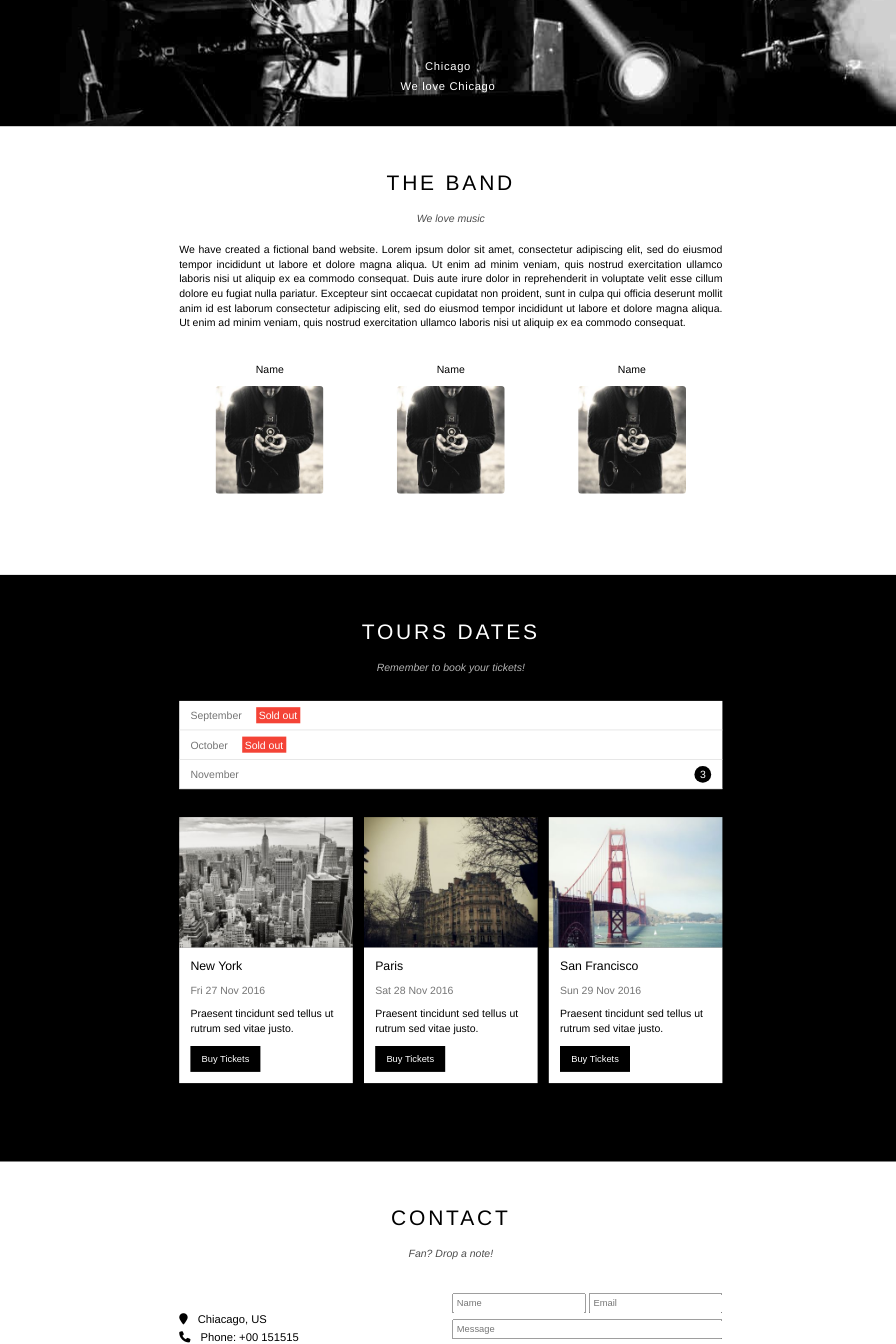
Repository: NguyenMinhChau/Theband
Page: index.html
The author's editor kept a copy of each file at every save. The page is drawn from the files as they stood at one save, then again after the next save.
The browser window is 1280 px wide. The pictures show the part of the page from y = 506 to 2426 px (the page is 3302 px tall before and 3321 px after), at 70% of full size.
Some web libraries are served in a nearby version.

Above is the page before, as saved 2021-10-24 09:00:43.

### index.html
<!DOCTYPE html>
<html lang="en">
<head>
    <meta charset="UTF-8">
    <meta http-equiv="X-UA-Compatible" content="IE=edge">
    <meta name="viewport" content="width=device-width, initial-scale=1.0">
    <title>THE BAND</title>
    <link rel="icon" href="https://www.w3schools.com/w3css/img_la.jpg"/>
    <script src="https://kit.fontawesome.com/a7b0f58175.js" crossorigin="anonymous"></script>
    <link rel="stylesheet" href="./assets/css/style.css">
    <link rel="stylesheet" href="./assets/css/responsive.css">
</head>
<body>
    <div id="main">
        <div id="header">
            <!-- Begin Navigation -->
            <ul id="nav">
                <li><a href="#">Home</a></li>
                <li><a href="#about">Band</a></li>
                <li><a href="#tour">Tour</a></li>
                <li><a href="#contact">Contact</a></li>
                <li><a href="#">More <i class="fas fa-caret-down"></i></a>
                    <ul class="subnav">
                        <li><a href="#">Merchandise</a></li>
                        <li><a href="#">Extras</a></li>
                        <li><a href="#">Media</a></li>
                    </ul>
                </li>
            </ul>
            <!-- End Navigation -->

            <!-- Begin Search -->
            <div class="icon-search">
                <a href="#"><i class="header-icon-search fas fa-search"></i></a>
            </div>
            <!-- End Search -->
        </div>

        <div id="slider">
            <div class="description">
                <h4>Chicago</h4>
                <p>We love Chicago</p>
            </div>
        </div>

        <div id="content">
            <!-- section: dành cho những phần dùng chung -->
            <!-- ABOUT SECTION -->
            <div id="about" class="content-section">
                <h2 class="section-heading">The Band</h2>
                <p class="section-subheading">We love music</p>
                <p class="about-text">We have created a fictional band website. Lorem ipsum dolor sit amet, consectetur adipiscing elit, sed do eiusmod tempor incididunt ut labore et dolore magna aliqua. Ut enim ad minim veniam, quis nostrud exercitation ullamco laboris nisi ut aliquip ex ea commodo consequat. Duis aute irure dolor in reprehenderit in voluptate velit esse cillum dolore eu fugiat nulla pariatur. Excepteur sint occaecat cupidatat non proident, sunt in culpa qui officia deserunt mollit anim id est laborum consectetur adipiscing elit, sed do eiusmod tempor incididunt ut labore et dolore magna aliqua. Ut enim ad minim veniam, quis nostrud exercitation ullamco laboris nisi ut aliquip ex ea commodo consequat.</p>
                <div class="members-list">
                    <div class="member-item col-3">
                        <p class="member-name">Name</p>
                        <img src="./assets/img/about_member01.jpg" alt="" class="member-avata">
                    </div>
                    <div class="member-item col-3">
                        <p class="member-name">Name</p>
                        <img src="./assets/img/about_member01.jpg" alt="" class="member-avata">
                    </div>
                    <div class="member-item col-3">
                        <p class="member-name">Name</p>
                        <img src="./assets/img/about_member01.jpg" alt="" class="member-avata">
                    </div>
                    <div class="clear"></div>
                </div>
            </div>

            <!-- TOUR SECTION -->
            <div id="tour" class="tour-section">
                <div class="content-section">
                    <h2 class="section-heading text-white">Tours Dates</h2>
                    <p class="section-subheading text-white">Remember to book your tickets!</p>
                    <ul class="tickets-list">
                        <li>September <span class="sold-out">Sold out</span></li>
                        <li>October <span class="sold-out">Sold out</span></li>
                        <li>November <span class="quantity">3</span></li>
                    </ul>
                    <div class="row places-list">
                        <div class="col col-3">
                            <img src="./assets/img/tour_place01.jpg" alt="New York" class="place-img">
                            <div class="place-body">
                                <h3 class="place-heading">New York</h3>
                                <p class="place-time">Fri 27 Nov 2016</p>
                                <p class="plave-desc">Praesent tincidunt sed tellus ut rutrum sed vitae justo.</p>
                                <button href="#" class="btn js-buy-ticket">Buy Tickets</button>
                            </div>
                        </div>
                        <div class="col col-3">
                            <img src="./assets/img/tour_place_02.jpg" alt="New York" class="place-img">
                            <div class="place-body">
                                <h3 class="place-heading">Paris</h3>
                                <p class="place-time">Sat 28 Nov 2016</p>
                                <p class="plave-desc">Praesent tincidunt sed tellus ut rutrum sed vitae justo.</p>
                                <button href="#" class="btn js-buy-ticket">Buy Tickets</button>
                            </div>
                        </div>
                        <div class="col col-3">
                            <img src="./assets/img/tour_place_03.jpg" alt="New York" class="place-img">
                            <div class="place-body">
                                <h3 class="place-heading">San Francisco</h3>
                                <p class="place-time">Sun 29 Nov 2016</p>
                                <p class="plave-desc">Praesent tincidunt sed tellus ut rutrum sed vitae justo.</p>
                                <button href="#" class="btn js-buy-ticket">Buy Tickets</button>
                            </div>
                        </div>
                        <div class="clear"></div>
                    </div>
                </div>
            </div>

            <!-- CONTACT SECTION -->
            <div id="contact" class="content-section">
                <h2 class="section-heading">Contact</h2>
                <p class="section-subheading">Fan? Drop a note!</p>
                <div class="contact-container">
                    <div class="infomation">
                        <p class="infomation-text">
                            <i class="fas fa-map-marker"></i>
                            Chiacago, US
                        </p>
                        <p class="infomation-text">
                            <i class="fas fa-phone"></i>
                            Phone: +00 151515
                        </p>
                        <p class="infomation-text">
                            <i class="fas fa-envelope-open-text"></i>
                            Email: mail@mail.com
                        </p>
                    </div>
                    <form class="input-infomation">
                        <div class="input-name-email">
                            <input type="text" class="intput-name" placeholder="Name" required>
                            <input type="email" class="intput-name" placeholder="Email" required>
                        </div>
                        <input type="text" class="ipnut-message" placeholder="Message" required>
                        <button class="btn pull-right">SEND</button>
                    </form>
                </div>
            </div>

            <!-- BEGIN MAP -->
            <div class="content-map-image"></div>
        </div>

        <div id="footer">
            <ul class="footer-social-list">
                <li class="social-item"><a href="#" class="social-link"><i class="fab fa-facebook-square"></i></a></li>
                <li class="social-item"><a href="#" class="social-link"><i class="fab fa-instagram-square"></i></a></li>
                <li class="social-item"><a href="#" class="social-link"><i class="fab fa-linkedin"></i></a></li>
                <li class="social-item"><a href="#" class="social-link"><i class="fab fa-youtube"></i></a></li>
                <li class="social-item"><a href="#" class="social-link"><i class="fab fa-twitter-square"></i></a></li>
            </ul>
            <p class="copyright">Powered by <a href="#">W3C</a></p>
        </div>
    </div>

    <!-- BEGIN MODEL -->
    <div class="modal">
        <div class="modal-container">
            <div class="modal-close">
                <i class="far fa-window-close"></i>
            </div>

            <header class="modal-header">
                <i class="fas fa-briefcase"></i> Tickets
            </header>

            <div class="modal-body">
                <div class="form-group">
                    <label for="money" class="modal-label">
                        <i class="fas fa-shopping-cart"></i>
                        Tickets, $15 per person
                    </label>
                    <input type="text" name="money" id="money" class="modal-input" placeholder="How many?">
                </div>

                <div class="form-group">
                    <label for="email" class="modal-label">
                        <i class="fas fa-user"></i>
                        Send To
                    </label>
                    <input type="email" name="email" id="email" class="modal-input" placeholder="Enter Email">
                </div>

                <button id="buy-tickets">
                    PAY <i class="fas fa-check"></i>
                </button>
            </div>

            <footer class="modal-footer">
                <p class="modal-help">Need
                    <a href="#">help?</a>
                </p>
            </footer>
        </div>
    </div>
    <!-- END MODAL -->
    <script src="assets/js/main.js"></script>
</body>
</html>

### assets/css/style.css
:root{
    --header-height: 46px;
}
*{
    box-sizing: border-box;
    margin: 0;
    padding: 0;
}

html{
    font-family: Helvetica, Arial, sans-serif;
}

/* BEGIN CSS COMMON */
.clear{
    clear: both;
}

.text-white{
    color: #fff !important;
}

.pull-right{
    float: right !important;
}

.row {
    margin: 0 -8px;
}

.col{
    float: left;
    padding: 0 8px;
}

.col-3{
    width: calc(100% / 3);
}

.btn{
    text-decoration: none;
    background-color: #000;
    color: #fff;
    padding: 11px 16px;
    /* Khắc phục tình trạng button che thẻ description */
    display: inline-block;
    margin-top: 15px;
    border: none;
}

.btn:hover{
    background-color: #ccc;
    color: #000;
    cursor: pointer;
}
/* END CSS COMMON */

/* BEGIN CSS HEADER */
#header{
    height: var(--header-height);
    background-color: #000;
    position: fixed;
    top: 0;
    left: 0;
    right: 0;
}

#nav{
    display: inline-block;
}

#nav,
#subnav{
    list-style-type: none;
}

#nav li{
    display: inline-block;
    position: relative;
}

#nav > li > a{
    color: #fff;
    text-transform: uppercase;
}

#nav li a {
    text-decoration: none;
    line-height: var(--header-height);
    padding: 0 24px;

    display: block;
}

#nav > li:hover > a,
#nav .subnav li:hover a {
    color: #000;
    background-color: #ccc;
}

#nav > li:hover .subnav{
    display: block;
}

#nav .subnav{
    display: none;
    position: absolute;
    background-color: #fff;
    box-shadow: 0 0 10px rgba(0,0,0,0.3);
    color: #000;
    top: 100%;
    left: 0;
}

#nav .subnav li a{
    color: #000;
    padding: 0 12px;
    line-height: 38px;
    min-width: 160px;
}

#nav .subnav li{
    display: block;
}

#header .icon-search{
    /* position: absolute;
    top: 0;
    right: 0; */
    float: right;
    line-height: var(--header-height);
    padding: 0 20px;
}

#header .icon-search a{
    text-decoration: none;
}

#header .icon-search:hover{
    background-color: rgb(255, 39, 39);
    cursor: pointer;
}

#header .icon-search .header-icon-search{
    color: #fff;
}
/* END CSS HEADER */


/* BEGIN CSS SLIDER */
#slider{
    position: relative;
    margin-top: var(--header-height);
    /* Kỹ thuật tạo ảnh không bị méo khi thay đổi kích thước */
    padding-top: 50%; /* % là theo chiều ngang của chính nó*/

    /* Khi dùng padding như trên -> ta dùng bg-image để tạo ảnh vì có thể đổ ảnh từ padding */
    background: url('../img/slider_band_chicago.jpg') no-repeat center / cover;
    z-index: -1;
}

#slider .description{
    position: absolute;
    bottom: 0;
    left: 50%;
    transform: translateX(-50%);

    color: #fff;
    text-align: center;
    margin-bottom: 48px;
    letter-spacing: 1px;
}

#slider .description h4,
#slider .description p{
    text-shadow: 0 0 10 rgba(0,0,0,0.5);
}

#slider .description h4{
    font-weight: 540;
    padding: 10px 0;
}
/* END CSS SLIDER */

/* BEGIN CSS CONTENT */
/* CSS ABOUT */
#content .content-section{
    width: 800px;
    max-width: 100%;
    margin: auto;
    padding: 64px 0 112px;
    padding-left: 16px;
    padding-right: 8px;
}

#content .section-heading,
#content .section-subheading{
    text-align: center;
}

#content .section-heading{
    font-size: 30px;
    font-weight: 500;
    text-transform: uppercase;
    letter-spacing: 4px;
}

#content .section-subheading{
    font-size: 15px;
    font-style: italic;
    margin: 25px 0;
    opacity: 0.7;
}

#content .about-text{
    text-align: justify;
    font-size: 15px;
    line-height: 1.4;
}

#content .members-list{
    margin-top: 48px;
}

#content .member-item{
    float: left;
    text-align: center;
}

#content .member-name{
    font-size: 15px;
}

#content .member-avata{
    margin-top: 15px;
    width: 154px;
    border-radius: 5px;
}

/* CSS TOUR */
#content .tour-section{
    background-color: #000;
}

#content .tickets-list{
    background-color: #fff;
    margin: 40px 0;
    list-style: none;
}

#content .tickets-list li{
    font-size: 15px;
    padding: 12px 16px;
    border-bottom: 1px solid #ddd;
    color: #757575;
}

#content .tickets-list .sold-out{
    background-color: #f44336;
    color: #fff;
    padding: 3px 4px;
    margin-left: 16px;
}

#content .tickets-list .quantity{
    float: right;
    background-color: #000;
    border-radius: 50%;
    width: 24px;
    height: 24px;
    color: #fff;
    text-align: center;
    line-height: 24px;
    margin-top: -3px;
}

#content .place-img{
    width: 100%;
    display: block;
}

#content .place-img:hover{
    opacity: 0.7;
}

#content .place-body{
    background-color: #fff;
    padding: 16px;
    font-size: 15px;
}

#content .place-heading{
    font-weight: 550;
}

#content .place-time{
    margin: 15px 0;
    color: #757575;
}

#content .plave-desc{
    line-height: 1.4;
}

/* CSS CONTACT */
#content .contact-container{
    display: flex;
    flex-direction: row;
    justify-content: space-between;
    align-items: center;
    margin-top: 48px;
}

#content .infomation-text{
    font-size: 16px;
    line-height: 1.6;
}

#content .infomation-text i {
    margin-right: 10px;
}

#content .input-name-email,
#content .ipnut-message{
    margin-bottom: 8px;
}

#content .intput-name,
#content .ipnut-message{
    padding: 5px 5px;
    outline: none;
}

#content .ipnut-message{
    width: 100%;
}

#content .content-map-image{
    height: 600px;
    background: url('../img/img-footer.jpg') no-repeat center / 100% 100%;
}
/* END CSS CONTENT */

/* BEGIN CSS FOOTER */
#footer{
    text-align: center;
    margin-bottom: 20px;
}

#footer .footer-social-list{
    list-style: none;
    margin-top: 32px;
    margin-bottom: 16px;
}

#footer .footer-social-list li{
    display: inline-block;
}

#footer .footer-social-list li a{
    color: rgb(185, 185, 185);
    padding: 0 10px;
}

#footer .footer-social-list li a i{
    font-size: 25px;
}

#footer .copyright a{
    text-decoration: none;
}
/* END CSS FOOTER */

/* BEGIN CSS MODAL */
.modal{
    position: fixed;
    top: 0;
    bottom: 0;
    right: 0;
    left: 0;
    background: rgba(0,0,0,0.3);
    align-items: center;
    justify-content: center;
    display: none;
}

.modal.open{
    display: flex;
}

.modal-container{
    position: relative;
    background-color: #fff;
    width: 900px;
    max-width: calc(100% - 30px);
    min-height: 200px;
    animation: modalFaceIn linear .5s;
}

@keyframes modalFaceIn{
    from {
        transform: translateY(-100%);
        opacity: 0;
    }
    to {
        transform: translateY(0);
        opacity: 1;
    }
}

.modal-close{
    position: absolute;
    top: 0;
    right: 0;
    color: #fff;
    padding: 12px;
}

.modal-close:hover{
    background-color: #ddd;
    color: #000;
    cursor: pointer;
}

.modal-header{
    height: 130px;
    background: #009688;
    text-align: center;
    line-height:130px;
    color: #fff;
    font-size: 30px;
}

.modal-body{
    padding: 16px;
}

.modal-label{
    display: block;
    font-size: 15px;
}

.modal-input{
    margin: 8px 0 18px 0;
    width: 100%;
    padding: 6px 5px;
    outline: none;
    border-color: #ccc;
    font-size: 15px;
}

#buy-tickets{
    width: 100%;
    background: #009688;
    border: none;
    color: #fff;
    text-transform: uppercase;
    padding: 12px;
}

#buy-tickets:hover{
    cursor: pointer;
    opacity: 0.9;
}

.modal-footer{
    padding: 12px;
    float: right;
}

.modal-help a{
    text-decoration: none;
    color: #009688;
}
/* END CSS MODAL */

### assets/css/responsive.css
/*
PC: >= 1024px (64em)
Tablet: >= 740px & < 1024px (>= 46.25em & < 63.9375em)
Mobile: < 740px (< 46.25em)
 */

@media (min-width: 64em) {

}

@media (min-width: 46.25em) and (max-width: 63.9375em) {

}

@media (max-width: 46.25em) {

}

### assets/js/main.js
const $ = document.querySelector.bind(document)
const $$ = document.querySelectorAll.bind(document)

const btnTickets = $$('.js-buy-ticket');
const modal = $('.modal');
const modalContainer = $('.modal-container');
const modalClose = $('.modal-close');

for (const btnTicket of btnTickets) {
    btnTicket.addEventListener('click',function(e){
        modal.classList.add('open');
    })
}
modalClose.addEventListener('click',function(e){
    modal.classList.remove('open');
})

// Phải xác định sẽ không nổi bọt tới đâu
modal.addEventListener('click',function(e){
    modal.classList.remove('open');
})
modalContainer.addEventListener('click',function(e){
    e.stopPropagation();
})

After the next save:
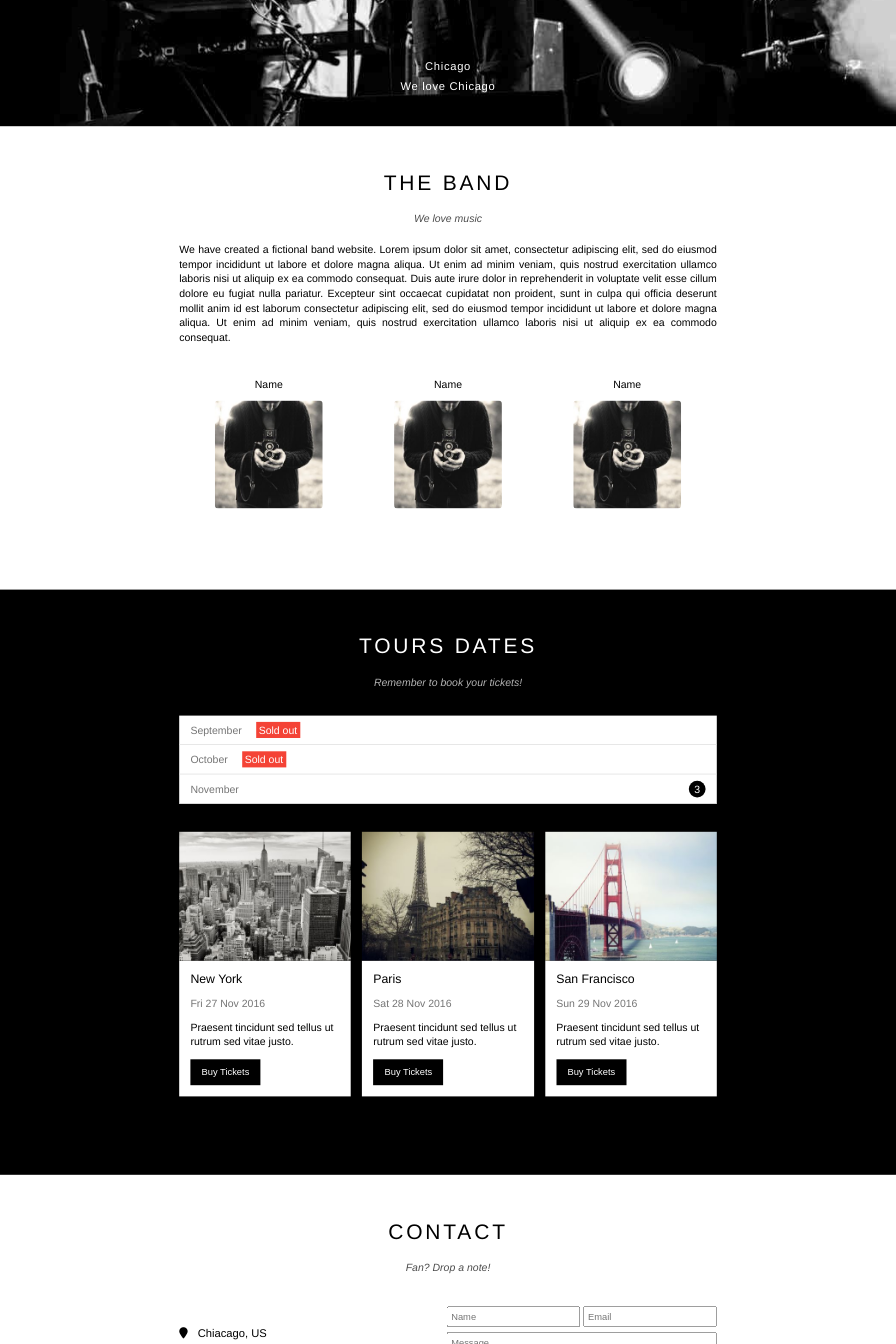
Saved 15 s later.
--- a/assets/css/style.css
+++ b/assets/css/style.css
@@ -190,7 +190,7 @@
     margin: auto;
     padding: 64px 0 112px;
     padding-left: 16px;
-    padding-right: 8px;
+    padding-right: 16px;
 }
 
 #content .section-heading,
